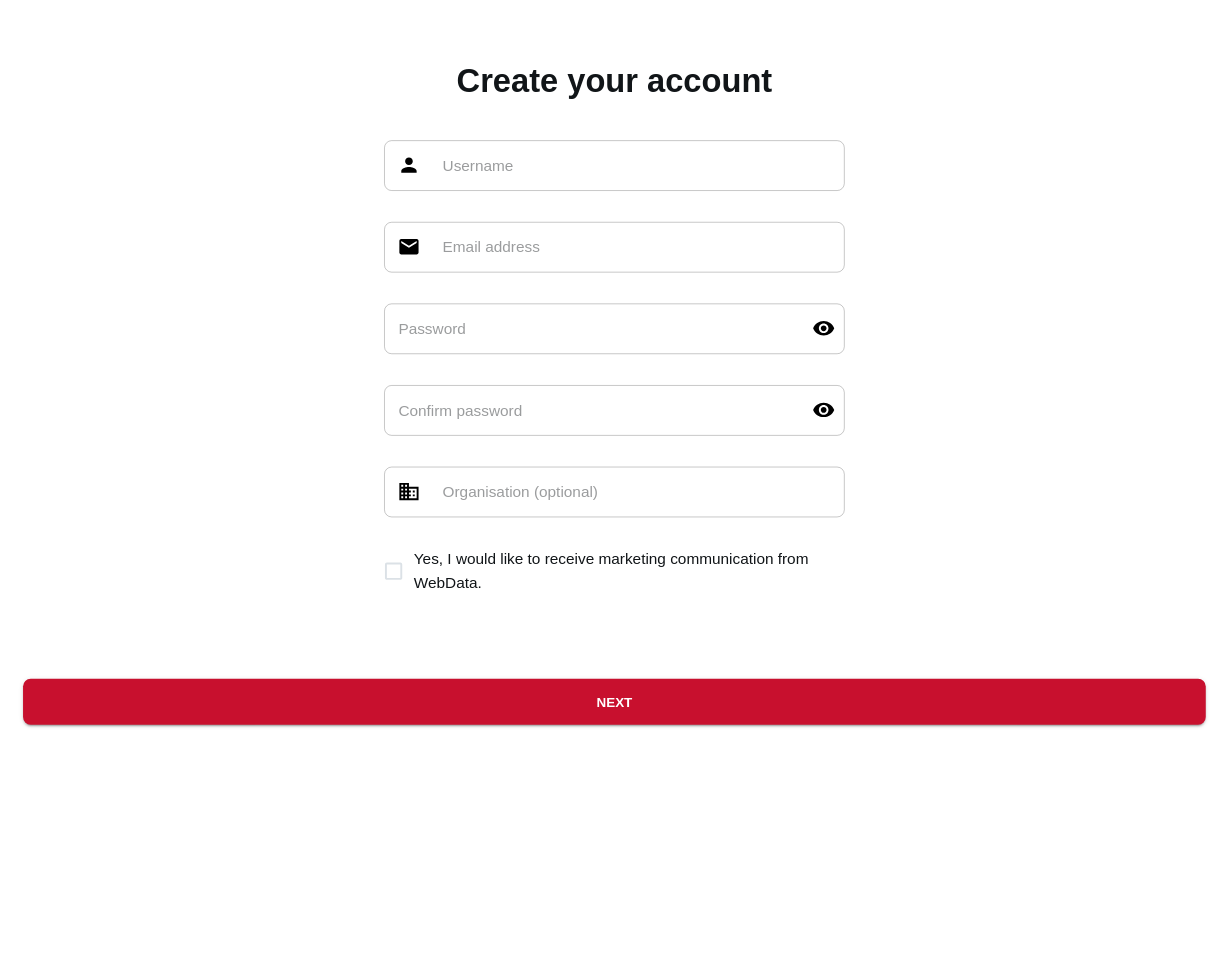
Repository: Pascal-Ahmadu/Tender-download-system
Page: /register (app in frontend/)
An editor plug-in stored every save of this project. The page is shown before and after a run of saves, followed by the edit.
The browser window is 1280 px wide. The pictures show the whole page, at 96% of full size.
The page's requests for data from a server got no answer. Some web fonts or font styles are not loaded; a fallback is used. The project was rebuilt for these pictures with package versions that can differ from the ones it lists, and the page was loaded fresh each time. No one was signed in, and anything a server would have sent is missing. Also part of the build but not shown: frontend/vite.config.js, frontend/src/components/pages/LoginPage.jsx.

Above is the page before, as saved 2024-07-31 08:37:05.

After the next 2 saves:
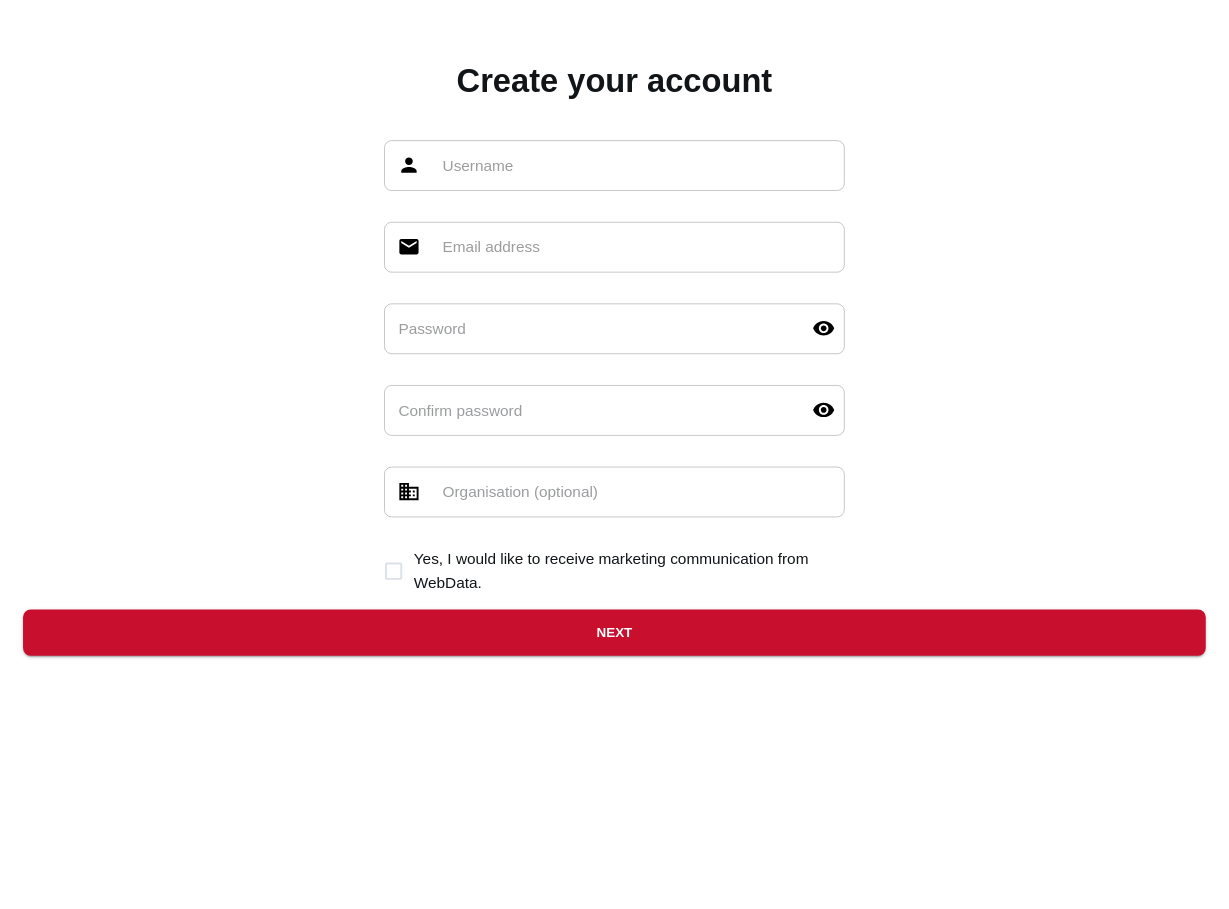
The 2 saves are shown as one change because 1 did not build or start.
The last was saved 22 s later.
--- a/frontend/src/components/pages/RegistrationPage.jsx
+++ b/frontend/src/components/pages/RegistrationPage.jsx
@@ -372,7 +372,7 @@ function SignupForm() {
             fontWeight: "bold",
             borderRadius: 2,
             py: 1.5, // Adjust vertical padding for height
-            mt: 5, // Reduced margin top for spacing
+            mt: -4, // Reduced margin top for spacing
             mb: 30,
             width: "100%", // Ensure button width is 100% of container width
             boxSizing: "border-box", // Ensure padding is included in width
